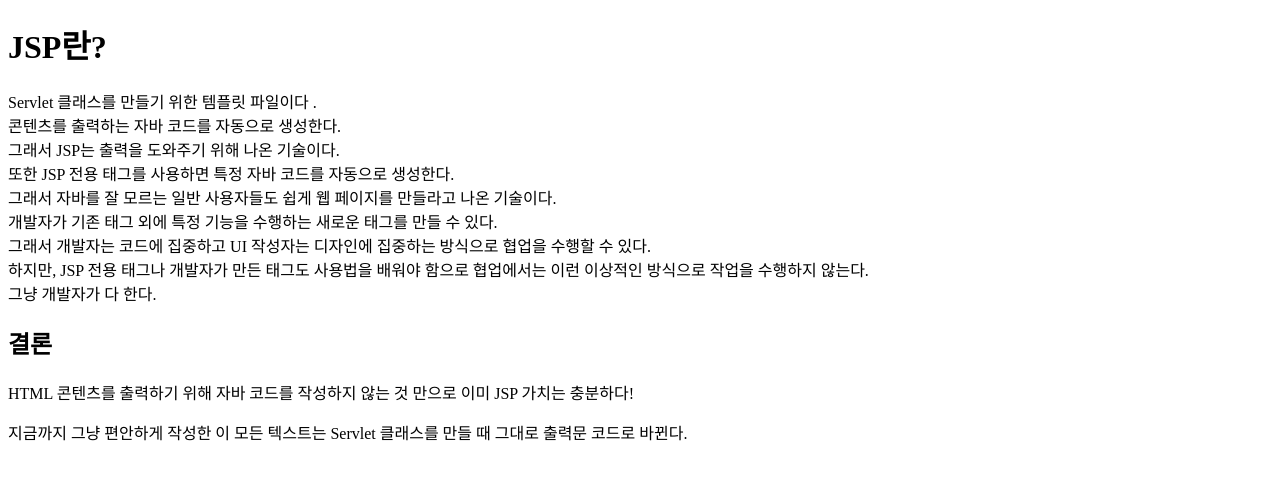
Repository: soso1525/bitcamp
Page: http://localhost/java-web/jsp_exams/ex1/test02.jsp
These files come from the project's save history. The page is drawn as it stood at one moment and after the next save; the edit follows.
The browser window is 1280 px wide. The pictures show the whole page.
The page is served by Tomcat 9. Nobody is signed in. The application's start-up code is not run. Other server files are loaded and not shown.

Above is the page before, as saved 2017-12-14 05:32:18.

### workspace/java-web/src/main/webapp/jsp_exams/ex1/test02.jsp
<%@ page language="java" contentType="text/html; charset=UTF-8"
    pageEncoding="UTF-8"%>
<!DOCTYPE html>
<html>
<head>
<meta charset="UTF-8">
<title>JSP 예제</title>
</head>
<body>
<h1>JSP란?</h1>
<p>
Servlet 클래스를 만들기 위한 템플릿 파일이다 . <br>
콘텐츠를 출력하는 자바 코드를 자동으로 생성한다. <br>
그래서 JSP는 출력을 도와주기 위해 나온 기술이다. <br>
또한 JSP 전용 태그를 사용하면 특정 자바 코드를 자동으로 생성한다. <br>
그래서 자바를 잘 모르는 일반 사용자들도 쉽게 웹 페이지를 만들라고 나온 기술이다. <br>
개발자가 기존 태그 외에 특정 기능을 수행하는 새로운 태그를 만들 수 있다. <br>
그래서 개발자는 코드에 집중하고 UI 작성자는 디자인에 집중하는 방식으로 협업을 수행할 수 있다. <br>
하지만, JSP 전용 태그나 개발자가 만든 태그도 사용법을 배워야 함으로  협업에서는 이런 이상적인 방식으로 작업을 수행하지 않는다. <br>
그냥 개발자가 다 한다. <br>
</p>

<h2>결론</h2>
<p>HTML 콘텐츠를 출력하기 위해 자바 코드를 작성하지 않는 것 만으로 이미 JSP 가치는 충분하다!</p>

<p>지금까지 그냥 편안하게 작성한 이 모든 텍스트는 Servlet 클래스를 만들 때 그대로 출력문 코드로 바뀐다. </p>
</body>
</html>

After the next save:
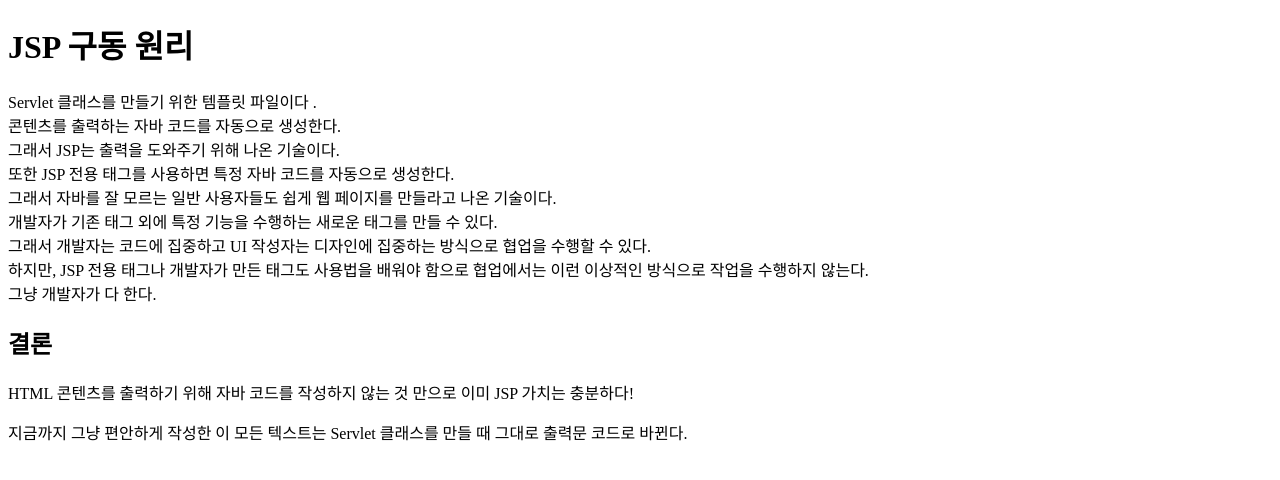
Saved 8 s later.
--- a/workspace/java-web/src/main/webapp/jsp_exams/ex1/test02.jsp
+++ b/workspace/java-web/src/main/webapp/jsp_exams/ex1/test02.jsp
@@ -7,7 +7,7 @@
 <title>JSP 예제</title>
 </head>
 <body>
-<h1>JSP란?</h1>
+<h1>JSP 구동 원리</h1>
 <p>
 Servlet 클래스를 만들기 위한 템플릿 파일이다 . <br>
 콘텐츠를 출력하는 자바 코드를 자동으로 생성한다. <br>
